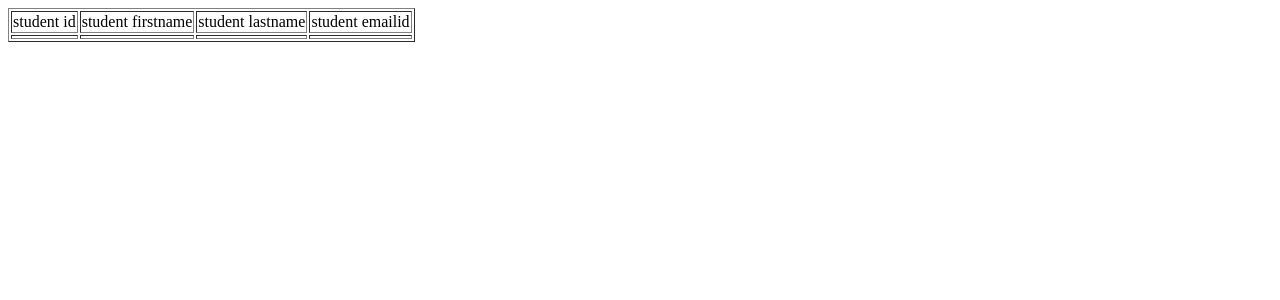
Repository: RMVLajaykumar/monojavaee
Page: http://localhost/08-student-mvc-nod/StudentServlet
An editor plug-in stored every save of this project. The page is shown before and after the next save, followed by the edit.
The browser window is 1280 px wide. The pictures show the whole page.
The page is served by Tomcat 9.

Above is the page before, as saved 2024-07-16 07:46:38.

After the next save:
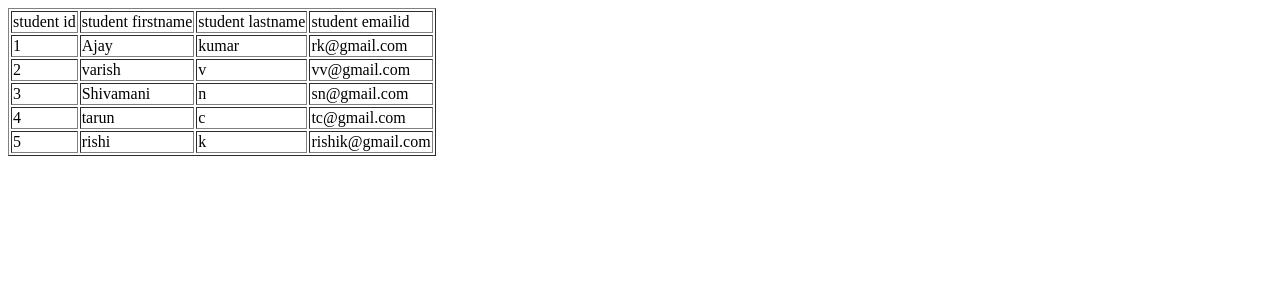
Saved 2 min 15 s later.
--- a/08-student-mvc-nod/WebContent/view-students-jsp.jsp
+++ b/08-student-mvc-nod/WebContent/view-students-jsp.jsp
@@ -1,5 +1,7 @@
 <%@ page language="java" contentType="text/html; charset=ISO-8859-1"
     pageEncoding="ISO-8859-1"%>
+<%@ taglib uri="http://java.sun.com/jsp/jstl/core" prefix="c"%>
+<%@ taglib uri="http://java.sun.com/jsp/jstl/functions" prefix="fn"%>
 <!DOCTYPE html>
 <html>
 <head>
